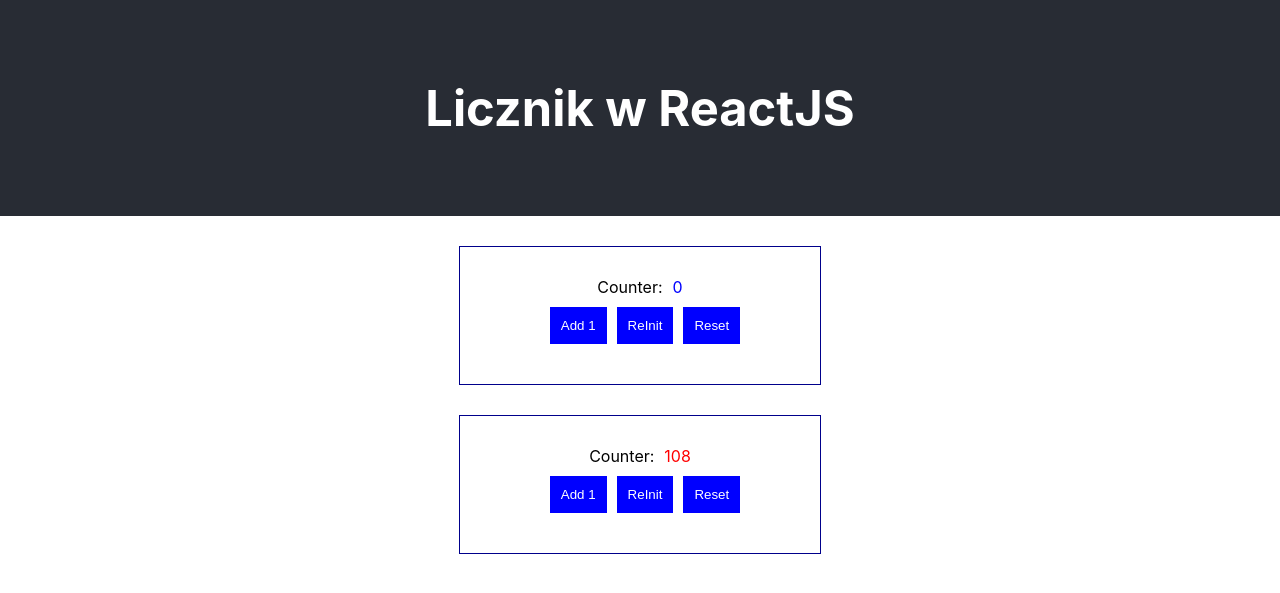
Repository: magdaf41/react-counter-app
Page: /
The author's editor kept a copy of each file at every save. The page is drawn from the files as they stood at one save, then again after the next save.
The browser window is 1280 px wide. The pictures show the whole page.
The pointer rests on the first visible `button`.
The project was rebuilt for these pictures with package versions that can differ from the ones it lists, and the page was loaded fresh each time.

Above is the page before, as saved 2020-10-04 19:21:23.

### src/App.js
import React from 'react';
import './App.css';

import Counter from  './Counter';

function App() {
  return (
    <div className="App">
      <header className="App-header">
        <h1>Licznik w ReactJS</h1>
      </header>
      <Counter initValue={0} />
      <Counter initValue={108}/>
    </div>
  );

}
export default App;

### src/Counter.js
import React, {Component} from 'react';
import "./Counter.css";

import Display from './Display';
import ButtonsPanel from './ButtonsPanel'
// import { Component } from 'react';

class Counter extends Component {

    constructor(props){
        super(props);

        this.state = {
            counterValue: this.props.initValue
        };
    }

    changeValue = () => {
        this.setState((prevState) => {
            return ({
                counterValue:prevState.counterValue + 1
            })
        });
        // console.log(`changeValue clicked!`);
    }
    render() {

        return (
            <div className="counter">
                Counter:
                <Display displayValue = {this.state.counterValue} />
                <ButtonsPanel />
            </div>
        );
    }
}

export default Counter;




// function Counter(props) {

//     let randomNumber = Math.floor(Math.random() * (108 - 1 + 1) + 1);

//     return (
//         <div className="counter">
//             Counter:
//             <span className="value">
//                 {props.initValue}
//             </span>
//         </div>
//     );
// }

// export default Counter;

### src/Counter.css
.counter {
    border: 1px solid darkblue;
    padding: 30px;
    width: 300px;
    left: 0;
    right: 0;
    margin: 30px auto;
}

.counter span.value {
    margin-left: 10px;

}

### src/Display.js
import React from 'react';
import './Display.css';

function Display(props) {
    return(
        <span className={`value ${(props.displayValue <= 5) ? 'blue' : 'red'}`}>
            {props.displayValue}
        </span>
    );
}

export default Display;

### src/ButtonsPanel.js
import React from 'react';

import './ButtonsPanel.css'

function ButtonsPanel(props) {

    return (
        <div className="buttons-panel">
            <button>Add 1</button>
            <button>ReInit</button>
            <button>Reset</button>
        </div>
    );
}

export default ButtonsPanel;

### src/ButtonsPanel.css
button {
    margin: 10px 0 10px 10px;
    padding: 10px;
    background-color: blue;
    color: white;
    border: 1px solid blue;
}

Loaded but not shown: public/index.html (common file); src/index.js (common file); src/index.css (common file); src/serviceWorker.js (common file); src/App.css (common file); src/Display.css (common file); public/manifest.json (common file)

After the next save:
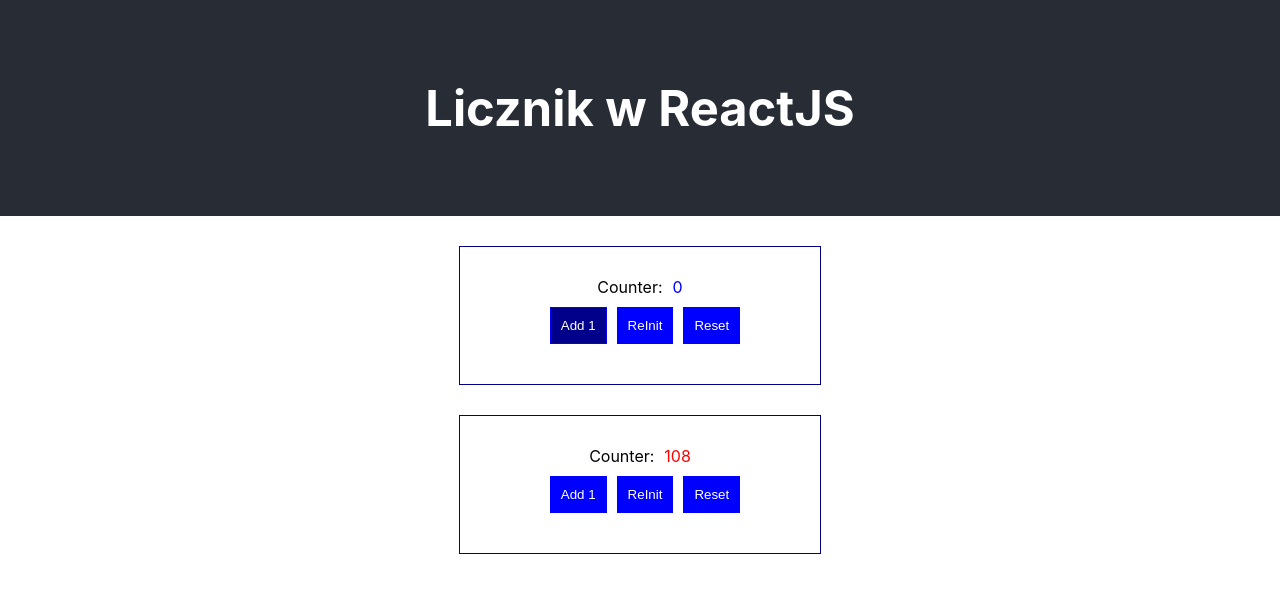
Saved 34 s later.
--- a/src/ButtonsPanel.css
+++ b/src/ButtonsPanel.css
@@ -5,3 +5,7 @@ button {
     color: white;
     border: 1px solid blue;
 }
+
+button:hover {
+    background-color: darkblue;
+}
